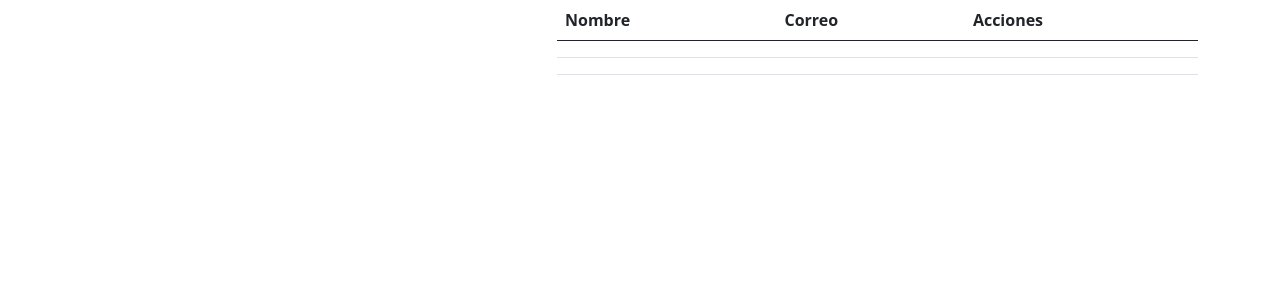
Repository: LionardoGomiz/CRUD-JS-VAINILLA
Page: index.html
The author's editor kept a copy of each file at every save. The page is drawn from the files as they stood at one save, then again after the next save.
The browser window is 1280 px wide. The pictures show the whole page.

Above is the page before, as saved 2021-08-09 13:54:59.

After the next save:
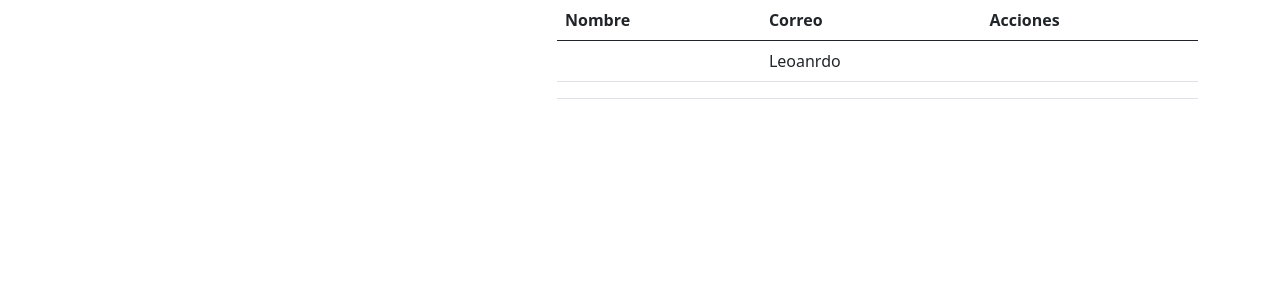
Saved 34 s later.
--- a/index.html
+++ b/index.html
@@ -27,7 +27,7 @@
                     <tbody>
                         <tr>
                             <td scope="row"></td>
-                            <td></td>
+                            <td>Leoanrdo</td>
                             <td></td>
                         </tr>
                         <tr>
